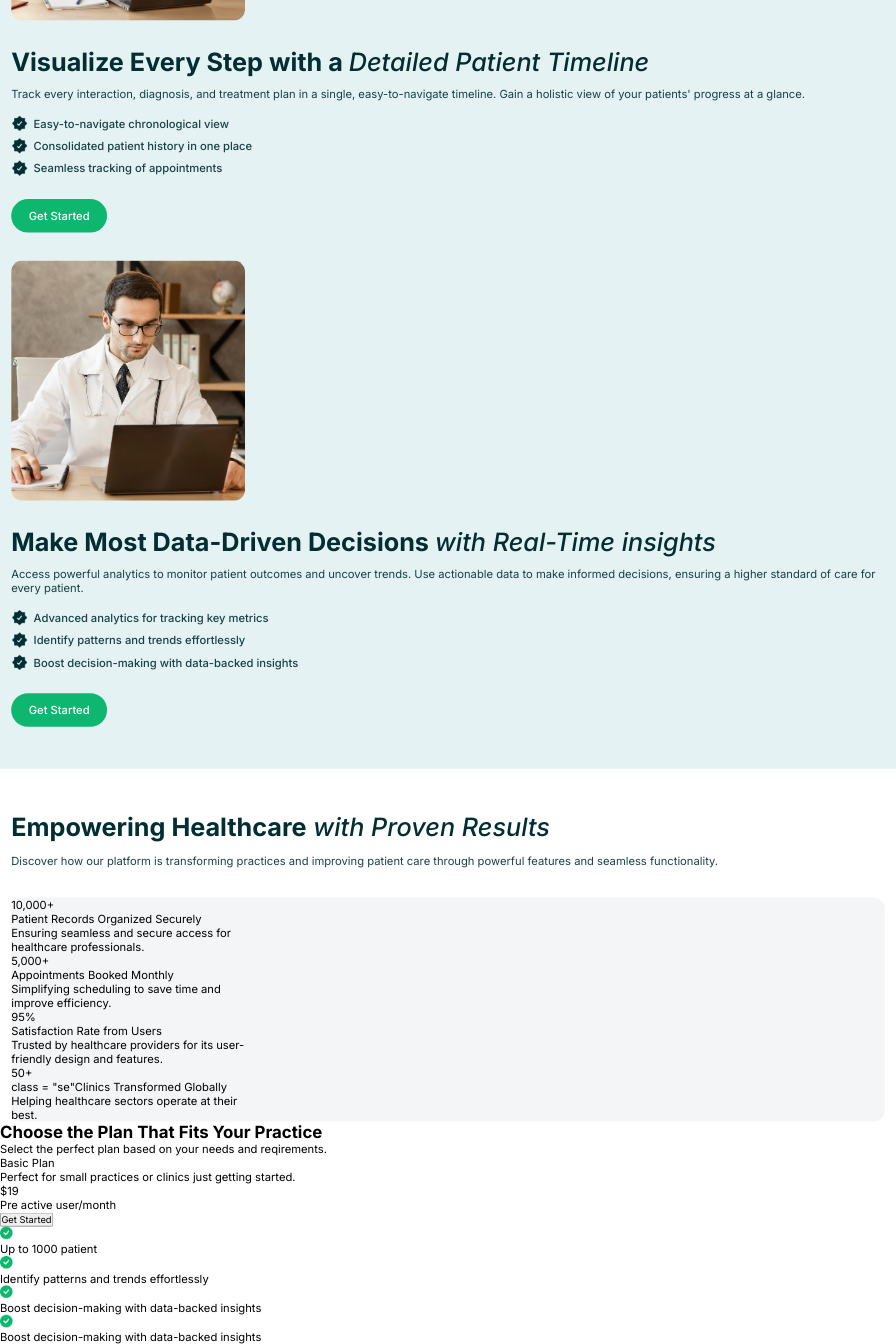
Repository: DiegoWWeege/recuperacao-prova-front-end
Page: index.html
These files come from the project's save history. The page is drawn as it stood at one moment and after the next save; the edit follows.
The browser window is 1280 px wide. The pictures show the part of the page from y = 1906 to 3826 px (the page is 3826 px tall), at 70% of full size.

Above is the page before, as saved 2026-06-22 19:07:36.

### index.html
<!DOCTYPE html>
<html lang="pt-br">
<head>
    <meta charset="UTF-8">
    <meta name="viewport" content="width=device-width, initial-scale=1.0">
    <title>ERTIFY HEALTH</title>
    <link rel="stylesheet" href="style.css">
</head>
<body>

    <!--Cabeçalho da Lading Page-->

    <header>
        <img src="images/logo.png" alt="Ertify Health logo">

        <section>
        <button aria-label = "Get Started" class = "get-started-button">Get Started</button>

            <img src="icons/burguer-menu.png" alt="Burguer menu">
        </section>
    </header>

    <!--Conteúdo principal da Lading Page-->
    <main class = "hero-section">

        <section>
            <h1>Simple & Secure Patient <span>Management</span></h1>
            <!-- Foi dado um espaço na palavra &amp, pois quando junta apresentava erro no html!-->
            <p>CERTIFY’s platform automates intake & amp; check-in processes
            so you can put the focus back on delivering quality care.</p>
        </section>

        <section id = "buttons-section">
            <button  aria-label = "Get Started" class = "get-started-button">Get Started</button>
            <button aria-label = "Play demo" class = "play-demo-button">Play Demo</button>
        </section>

        <img src="images/three-doctors.png" alt="Three doctors">
    </main>



    <section class = "section-patient-journey">
        <h2>Get a Proper Visualisation on <span>Patient Jouney</span></h2>

        <p>Understand and  manage your patients' healthcare journeys with
            clarity and precision. Our platform offers tools that provide
            actionable insights at every stage.</p>


        <section class = "image-text-benefits">

            <img src="images/doctor-xray.png" alt="A doctor sitting in his desk looking at an x-ray">

            <h2>Visualize Every Step with a <span>Detailed Patient Timeline</span></h2>

            <p>Track every interaction, diagnosis, and treatment
                plan in a single, easy-to-navigate
                timeline. Gain a holistic view of your patients'
                progress at a glance.</p>

            <section class = "benefits-grid">

                <img src="icons/checkmark-badge-02.png" alt="">
                <p class = "benefit">Easy-to-navigate chronological view</p>

                <img src="icons/checkmark-badge-02.png" alt="">
                <p class = "benefit">Consolidated patient history in one place</p>

                <img src="icons/checkmark-badge-02.png" alt="">
                <p class = "benefit">Seamless tracking of appointments</p>

            </section>

            <button  aria-label = "Get Started" class = "get-started-button">Get Started</button>

        </section>

        <section class = "image-text-benefits">

            <img src="images/doctor-laptop.png" alt="A doctor sitting in his desk looking at an x-ray">

            <h2>Make Most Data-Driven Decisions <span>with Real-Time insights</span></h2>

            <p>Access powerful analytics to monitor patient outcomes
                and uncover trends. Use actionable data
                 to make informed decisions, ensuring a higher standard
                 of care for every patient.</p>

            <section class = "benefits-grid">

                <img src="icons/checkmark-badge-02.png" alt="">
                <p class = "benefit">Advanced analytics for tracking key metrics</p>

                <img src="icons/checkmark-badge-02.png" alt="">
                <p class = "benefit">Identify patterns and trends effortlessly</p>

                <img src="icons/checkmark-badge-02.png" alt="">
                <p class = "benefit">Boost decision-making with data-backed insights</p>

            </section>

            <button  aria-label = "Get Started" class = "get-started-button">Get Started</button>

        </section>

    </section>

    <section class = "section-empowering-healthcare">
        <section class = "main-text">
            <h2>Empowering Healthcare<span> with Proven Results</span></h2>

        <p>Discover how our platform is transforming practices and improving
            patient care through powerful features and seamless functionality.</p>
        </section>

        <section class = "boxes-grid">
            <section class = "large-box">
                <p class = "first-p">10,000+</p>
                <p class = "second-p">Patient Records Organized Securely</p>

                <p class = "third-p">Ensuring seamless and secure access for healthcare professionals.</p>
            </section>

            <section class = "tiny-box">
                <p class = "first-p">5,000+</p>
                <p class = "second-p">Appointments Booked Monthly</p>

                <p class = "third-p">Simplifying scheduling to save time and improve efficiency.</p>
            </section>

            <section class = "large-box">
                <p class = "first-p">95%</p>
                <p class = "second-p">Satisfaction Rate from Users</p>

                <p class = "third-p">Trusted by healthcare providers for its user-friendly design and features.</p>
            </section>

            <section class = "tiny-box">
                <p class = "first-p">50+</p>
                <p> class = "se"Clinics Transformed Globally</p>

                <p>Helping healthcare sectors operate at their best.</p>
            </section>
        </section>

    </section>


    <section id="plans-section">
        <h2>Choose the Plan That Fits <span>Your Practice</span></h2>

        <p>Select the perfect plan based on your needs and reqirements. </p>

        <section class = "white-plan">
            <p>Basic Plan</p>

            <p>Perfect for small practices or clinics just getting started.</p>

            <p>$19</p>

            <p>Pre active user/month</p>


            <button class = "blank-get-started-button">Get Started</button>

            <section class = "qualities-grid">

                <img src="icons/green-ok.png" alt="green-check-mark">
                <p class = "benefit">Up to 1000 patient </p>

                <img src="icons/green-ok.png" alt="green-check-mark">
                <p class = "benefit">Identify patterns and trends effortlessly</p>

                <img src="icons/green-ok.png" alt="green-check-mark">
                <p class = "benefit">Boost decision-making with data-backed insights</p>

                <img src="icons/green-ok.png" alt="green-check-mark">
                <p class = "benefit">Boost decision-making with data-backed insights</p>

            </section>
        </section>
    </section>
</body>
</html>

### style.css
@import url('https://fonts.googleapis.com/css2?family=Inter:ital,opsz,wght@0,14..32,100..900;1,14..32,100..900&family=Roboto:ital,wght@0,100..900;1,100..900&display=swap');

*{
    margin: 0px;
    padding: 0px;
    font-family: 'Inter', sans-serif;
}

img{
    object-fit: cover;
}

header{
    background-color: #012E33;
    width: 100vw;
    border-bottom: 1px solid #1A4347;
    display: grid;
    grid-template-columns: 1fr auto;
    align-items: center;
    padding: 1rem;
    box-sizing: border-box;
}

.get-started-button{
    background-color: #0EB770;
    color: white;
    font-size: 1rem;
    font-weight: 500;
    border-radius: 100px;
    height: 2.5rem;
    width: 8.063rem;
    border-style: none;
    justify-self: end;

}

header section{
    display: grid;
    grid-template-columns:auto auto;
    align-items: center;
    gap: 1rem;
}

.hero-section{
    background-color: #012E33;
    padding-top: 4.313rem;
    box-sizing: border-box;
}

.hero-section h1{
    font-family: "Inter" , sans-serif;
    font-size: 2.75rem;
    font-weight: 700;
    color: white;
    margin-bottom: 0.75rem;
    margin-left: 1.375rem;
    margin-right: 0.625rem;

}

.hero-section span{
    font-weight: 400;
    font-family: "Inter" , sans-serif;
    font-style: italic;
}

.hero-section p{
    color: rgba(255, 255, 255, 0.904);
    line-height: 1.625rem;
    margin-bottom: 4.313rem;
    margin-left: 1.375rem;
    margin-right: 0.625rem;
}

.hero-section #buttons-section button{
    width: 21.438rem;
    height: 3.5rem;
    margin-left: 1.375rem;
    margin-right: 0.625rem;
}

.hero-section #buttons-section .get-started-button{
    margin-bottom: 1rem;
}

.hero-section #buttons-section .play-demo-button{
    border: 1px solid #044046;
    border-radius: 100px;
    background: none;
    color: white;
    align-items: center;
    font-weight: 500;
    font-size: 16px;
}

.hero-section img{
    width: 100vw;
    margin-top: 2rem;
}

.section-patient-journey{
    background-color: #E4F2F3;
    padding-left: 1rem;
    padding-right: 1rem;
    padding-top: 3.75rem;
    padding-bottom: 3.75rem;
}

.section-patient-journey h2{
    font-family: "Inter" , sans-serif;
    font-weight: 700;
    font-size: 36px;
    line-height: 46px;
    color: #012E33;
    text-align: center;
}

.section-patient-journey span{
    font-weight: 500;
    font-style: italic;
}

.section-patient-journey p{
    color: #012e33e7;
    font-weight: 400;
    text-align: center;
    margin-top: 0.75rem;
}

.section-patient-journey img{
    height: 21.438rem;
    width: 20.875rem;
    border-radius: 1rem;
    margin-top: 2.5rem;
    margin-bottom: 2rem;
}

.section-patient-journey .image-text-benefits h2{
    text-align: start;
}

.section-patient-journey .image-text-benefits p{
    text-align:  start;
}

.image-text-benefits .benefits-grid{
    display: grid;
    grid-template-columns: auto 1fr;
    gap: 0.5rem;
    margin-top: 1.313rem;
    margin-bottom: 2rem;
}

.image-text-benefits .benefits-grid img{
    width: 1.5rem;
    height: 1.5rem;
    margin: 0px;

}

.image-text-benefits .benefits-grid p{
    margin: 0px;
    align-self: center;
    font-weight: 500;
}

.image-text-benefits .get-started-button{
    height: 3rem;
    width: 8.563rem;
}

.section-empowering-healthcare .main-text{
    margin-top: 3.75rem;
    margin-left: 1rem;
}

.section-empowering-healthcare .main-text h2{
    font-family: "Inter" , sans-serif;
    font-weight: 700;
    line-height: 46px;
    font-size: 36px;
    color: #012E33;
    margin-bottom: 0.75rem;
}

.section-empowering-healthcare .main-text span{
    font-weight: 500;
    font-style: italic;
}

.section-empowering-healthcare .main-text p{
    font-family: "Inter" , sans-serif;
    font-weight: 400;
    font-size: 16px;
    line-height: 26px;
    color: #012E33E5;
    margin-bottom: 2.5rem;

}

.section-empowering-healthcare .boxes-grid{
    display: grid;
    grid-template-columns: 21.438rem;
    background-color: #F3F5F7;
    border-radius: 16px;
    margin-left: 1rem;
    margin-right: 1rem;

.boxes-grid .first-box{
 margin-left: ;
}

After the next save:
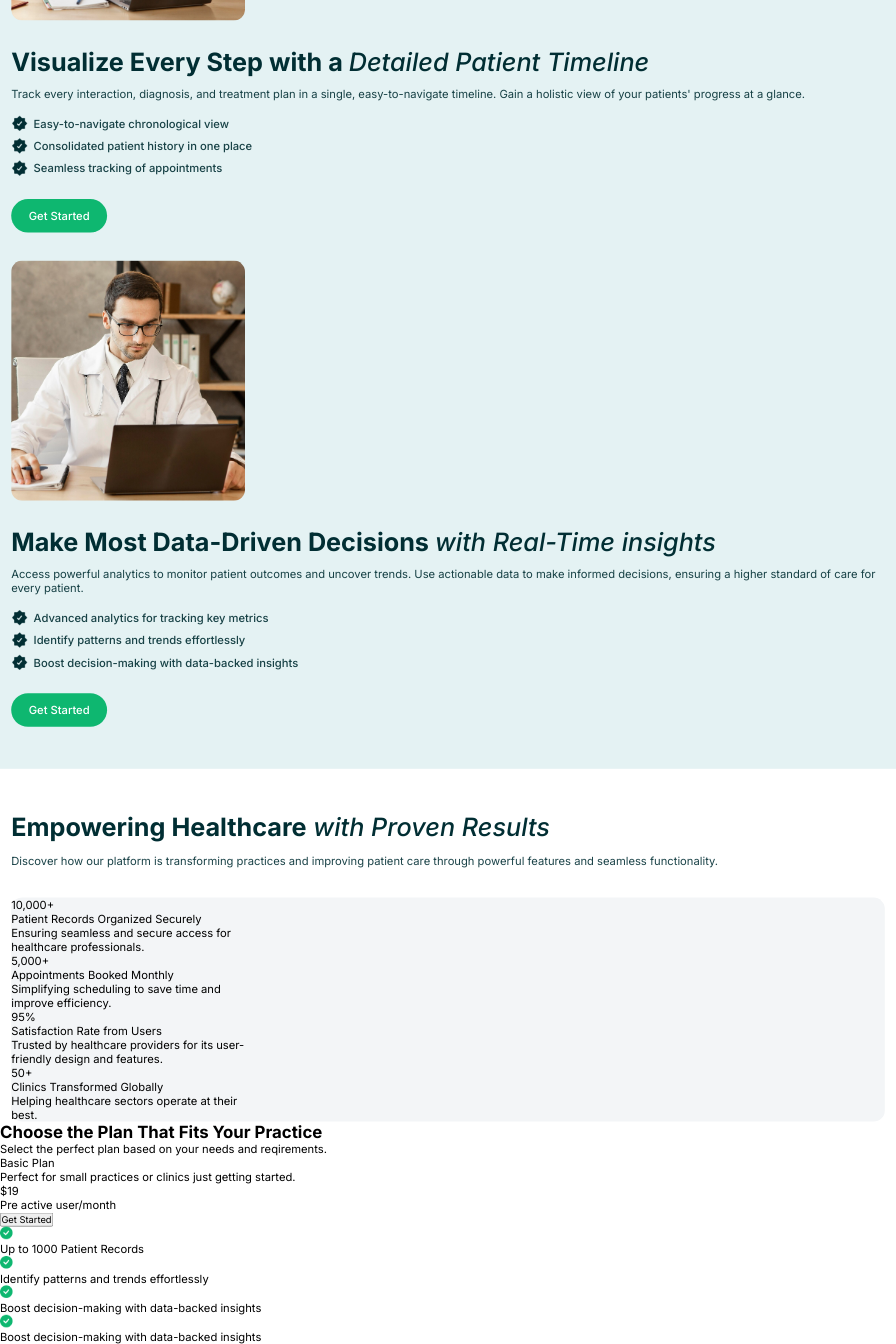
Saved 10 s later.
--- a/index.html
+++ b/index.html
@@ -138,7 +138,7 @@
 
             <section class = "tiny-box">
                 <p class = "first-p">50+</p>
-                <p> class = "se"Clinics Transformed Globally</p>
+                <p class = "third-p">Clinics Transformed Globally</p>
 
                 <p>Helping healthcare sectors operate at their best.</p>
             </section>
@@ -167,7 +167,7 @@
             <section class = "qualities-grid">
 
                 <img src="icons/green-ok.png" alt="green-check-mark">
-                <p class = "benefit">Up to 1000 patient </p>
+                <p class = "benefit">Up to 1000 Patient Records</p>
 
                 <img src="icons/green-ok.png" alt="green-check-mark">
                 <p class = "benefit">Identify patterns and trends effortlessly</p>
